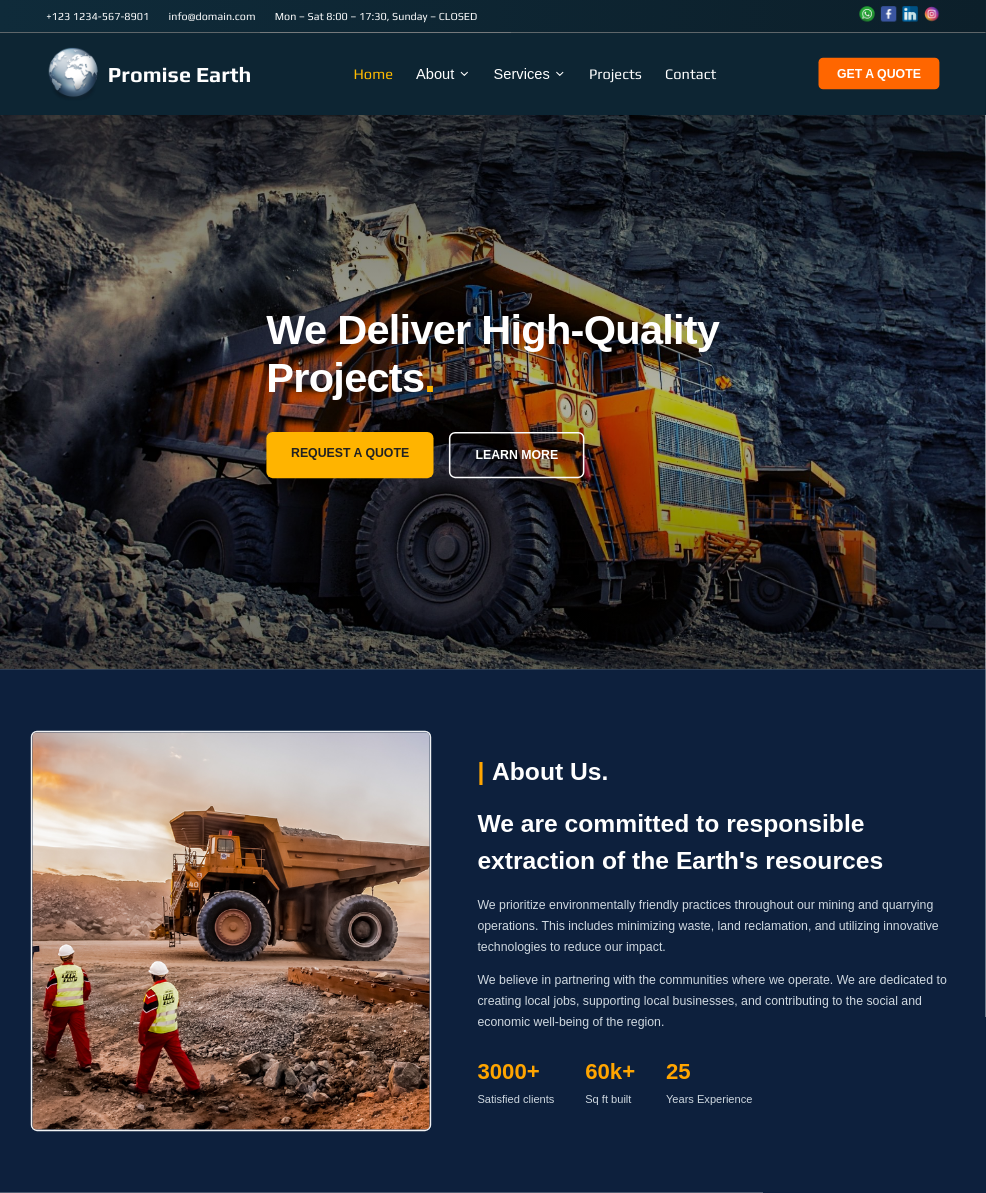
Repository: KC-Minchakpu/promise-earth
Page: /
These files come from the project's save history. The page is drawn as it stood at one moment and after the next save; the edit follows.
The browser window is 1280 px wide. The pictures show the whole page, at 77% of full size.
The project was rebuilt for these pictures with package versions that can differ from the ones it lists, and the page was loaded fresh each time. The framework's server and built-in components were replaced by stand-ins that run in the browser. Also part of the build but not shown: next.config.ts.

Above is the page before, as saved 2026-02-26 13:46:25.

### src/app/layout.tsx
import type { Metadata } from "next";
import { Play, Poppins } from "next/font/google";
import "./globals.css";
import Header from "@/components/Header/Header";

const play = Play({
  variable: "--font-play",
  subsets: ["latin"],
  weight: ["400", "700"],
});

const poppins = Poppins({
  variable: "--font-poppins",
  subsets: ["latin"],
  weight: ["300", "400", "500", "600", "700"],
});

export const metadata: Metadata = {
  title: "Create Next App",
  description: "Generated by create next app",
};

export default function RootLayout({
  children,
}: Readonly<{
  children: React.ReactNode;
}>) {
  return (
    <html lang="en">
      <body
        className={`${play.variable} ${poppins.variable} antialiased`}
      >
        <Header />
        {children}
      </body>
    </html>
  );
}

### src/app/page.tsx
import AboutUsSection from "@/components/About/AboutUsSection";
import Hero from "@/components/Hero/Hero";


export default function Home() {
  return (
   <>
    <Hero />
    <AboutUsSection />
  </>
  );
}

### src/app/globals.css
@import "tailwindcss";

:root {
  --background: #ffffff;
  --foreground: #171717;
}


@media (prefers-color-scheme: dark) {
  :root {
    --background: #0a0a0a;
    --foreground: #ededed;
  }
}

body {
  background: var(--background);
  color: var(--foreground);
  font-family: Arial, Helvetica, sans-serif;
}

### src/components/Header/Header.tsx
"use client";

import { useState, useEffect, useRef } from "react";
import { usePathname } from "next/navigation";
import Link from "next/link";
import Image from "next/image";
import styles from "./Header.module.css";
import { ChevronDown, Menu, X } from "lucide-react";

const Header = () => {
  const pathname = usePathname();

  const [mobileOpen, setMobileOpen] = useState(false);
  const [scrolled, setScrolled] = useState(false);
  const [aboutOpen, setAboutOpen] = useState(false);
  const [servicesOpen, setServicesOpen] = useState(false);

  // FIX: correct timeout type
  const aboutTimeoutRef = useRef<ReturnType<typeof setTimeout> | null>(null);
  const servicesTimeoutRef = useRef<ReturnType<typeof setTimeout> | null>(null);

  /* Sticky Scroll */
  useEffect(() => {
    const handleScroll = () => {
      setScrolled(window.scrollY > 20);
    };

    window.addEventListener("scroll", handleScroll);
    return () => window.removeEventListener("scroll", handleScroll);
  }, []);

  const isActive = (path: string) => pathname === path;

  const socials = [
    { href: "#", src: "/icons/whatsapp.png", alt: "WhatsApp", title: "WhatsApp" },
    { href: "#", src: "/icons/facebook.png", alt: "Facebook", title: "Facebook" },
    { href: "#", src: "/icons/linkedin.png", alt: "LinkedIn", title: "LinkedIn" },
    { href: "#", src: "/icons/instagram.png", alt: "Instagram", title: "Instagram" },
  ];

  return (
    <header className={`${styles.header} ${scrolled ? styles.scrolled : ""}`}>

      {/* TOP BAR */}
      <div className={styles.topBar}>
        <div className={styles.topContainer}>

          <div className={styles.topLeft}>
            <span>+123 1234-567-8901</span>
            <span>info@domain.com</span>
            <span>Mon – Sat 8:00 – 17:30, Sunday – CLOSED</span>
          </div>

          <div className={styles.topRight}>
            {socials.map((social) => (
              <a key={social.alt} href={social.href} title={social.title}>
                <Image
                  src={social.src}
                  alt={social.alt}
                  width={20}
                  height={20}
                />
              </a>
            ))}
          </div>

        </div>
      </div>


      {/* NAVBAR */}
      <div className={styles.navbar}>
        <div className={styles.navContainer}>

          {/* LOGO */}
          <Link href="/" className={styles.logo}>
            <Image
              src="/images/globe.png"
              alt="Promise Earth Logo"
              width={70}
              height={70}
              priority
            />
            <span>Promise Earth</span>
          </Link>


          {/* NAV LINKS */}
          <nav className={`${styles.navLinks} ${mobileOpen ? styles.show : ""}`}>

            <Link href="/" className={isActive("/") ? styles.active : ""}>
              Home
            </Link>


            {/* ABOUT */}
            <div
              className={styles.dropdown}
              onMouseEnter={() => {
                if (aboutTimeoutRef.current) clearTimeout(aboutTimeoutRef.current);
                setAboutOpen(true);
              }}
              onMouseLeave={() => {
                aboutTimeoutRef.current = setTimeout(() => {
                  setAboutOpen(false);
                }, 150);
              }}
            >

              <button className={styles.dropBtn}>
                About <ChevronDown size={16} />
              </button>

              <div className={`${styles.dropdownMenu} ${aboutOpen ? styles.showDropdown : ""}`}>
                <Link href="/promise-earth">Promise Earth</Link>
                <Link href="/emmanuel-benjamin">Emmanuel K. Benjamin</Link>
                <Link href="/our-team">Our Team</Link>
              </div>

            </div>


            {/* SERVICES */}
            <div
              className={styles.dropdown}
              onMouseEnter={() => {
                if (servicesTimeoutRef.current) clearTimeout(servicesTimeoutRef.current);
                setServicesOpen(true);
              }}
              onMouseLeave={() => {
                servicesTimeoutRef.current = setTimeout(() => {
                  setServicesOpen(false);
                }, 150);
              }}
            >

              <button className={styles.dropBtn}>
                Services <ChevronDown size={16} />
              </button>

              <div className={`${styles.dropdownMenu} ${servicesOpen ? styles.showDropdown : ""}`}>
                <Link href="/mining">Mining</Link>
                <Link href="/quarry">Quarry</Link>
                <Link href="/construction">Construction</Link>
                <Link href="/excavation">Excavation</Link>
                <Link href="/sandstones">Sandstones</Link>
              </div>

            </div>


            <Link href="/projects" className={isActive("/projects") ? styles.active : ""}>
              Projects
            </Link>

            <Link href="/contact" className={isActive("/contact") ? styles.active : ""}>
              Contact
            </Link>

          </nav>


          {/* CTA */}
          <div className={styles.cta}>
            <Link href="/contact">GET A QUOTE</Link>
          </div>


          {/* MOBILE TOGGLE */}
          <div
            className={styles.mobileToggle}
            onClick={() => setMobileOpen(!mobileOpen)}
          >
            {mobileOpen ? <X size={24} /> : <Menu size={24} />}
          </div>


        </div>
      </div>

    </header>
  );
};

export default Header;

### src/components/About/AboutUsSection.tsx
// components/AboutUsSection.tsx
"use client";

import Image from "next/image";
import styles from "./AboutUsSection.module.css";

const AboutUsSection = () => {
  return (
    <section className={styles.aboutSection}>
      <div className={styles.container}>
        {/* Left Image */}
        <div className={styles.imageWrapper}>
          <Image
            src="/images/about-1.png"
            alt="Earth Moving Vehicle"
            width={400}
            height={400}
            className={styles.image}
          />
        </div>

        {/* Right Content */}
        <div className={styles.content}>
          <h2 className={styles.heading}>
            <span className={styles.highlight}>|</span> About Us.
          </h2>
          <h2 className={styles.heading}>
            We are committed to responsible extraction of the Earth&apos;s resources
          </h2>
          <p className={styles.description}>
            We prioritize environmentally friendly practices throughout our mining and quarrying operations. This includes minimizing waste, land reclamation, and utilizing innovative technologies to reduce our impact.
          </p>
          <p className={styles.description}>
            We believe in partnering with the communities where we operate. We are dedicated to creating local jobs, supporting local businesses, and contributing to the social and economic well-being of the region.
          </p>

          {/* Stats */}
          <div className={styles.stats}>
            <div className={styles.statItem}>
              <span className={styles.statNumber}>3000+</span>
              <span className={styles.statLabel}>Satisfied clients</span>
            </div>
            <div className={styles.statItem}>
              <span className={styles.statNumber}>60k+</span>
              <span className={styles.statLabel}>Sq ft built</span>
            </div>
            <div className={styles.statItem}>
              <span className={styles.statNumber}>25</span>
              <span className={styles.statLabel}>Years Experience</span>
            </div>
          </div>
        </div>
      </div>
    </section>
  );
};

export default AboutUsSection;

### src/components/Hero/Hero.tsx
"use client";

import Image from "next/image";
import Link from "next/link";
import styles from "./Hero.module.css";

const Hero = () => {
  return (
    <section className={styles.hero}>
      {/* Background Image */}
      <Image
        src="/images/hero.jpg"
        alt="Earth moving Vehicle"
        fill
        priority
        className={styles.backgroundImage}
      />

      {/* Overlay */}
      <div className={styles.overlay}></div>

      {/* Content */}
      <div className={styles.content}>
        <h1 className={styles.heading}>
          We Deliver High-Quality
          <br />
           Projects<span className={styles.highlight}>.</span>
        </h1>

        <div className={styles.buttons}>
          <Link href="/contact" className={styles.primaryBtn}>
            REQUEST A QUOTE
          </Link>

          <Link href="/about" className={styles.secondaryBtn}>
            LEARN MORE
          </Link>
        </div>
      </div>
    </section>
  );
};

export default Hero;

### src/components/Header/Header.module.css
.header {
  position: sticky;
  top: 0;
  z-index: 9999;
  transition: all 0.3s ease;
}

.scrolled {
  box-shadow: 0 6px 20px rgba(0, 0, 0, 0.15);
}

.topBar {
  background: linear-gradient(to right, #0f2b3a, #0c1f2a);
  color: #ffffff;
  font-size: 14px;
  font-family: "Play", sans-serif;
  border-bottom: 1px solid #888888;
}

.topContainer {
  max-width: 1200px;
  margin: auto;
  padding: 8px 20px;
  display: flex;
  justify-content: space-between;
  align-items: center;
}

.topLeft span {
  margin-right: 25px;
}

.topRight a {
  margin-left: 8px;
  display: inline-block;
}

/* NAVBAR */
.navbar {
  background: #0d2533;
  color: white;
}

.navContainer {
  max-width: 1200px;
  margin: auto;
  padding: 18px 20px;
  display: flex;
  align-items: center;
  justify-content: space-between;
}

/* LOGO */
.logo {
  display: flex;
  align-items: center;
  gap: 10px;
  font-size: 28px;
  font-weight: bold;
  font-family: "Play", sans-serif;
  text-decoration: none;
  color: white;
}

/* NAV LINKS */
.navLinks {
  display: flex;
  align-items: center;
  gap: 30px;
}

.navLinks a {
  color: white;
  text-decoration: none;
  font-size: 19px;
  font-weight: 500;
  transition: color 0.3s ease;
  font-family: "Play", sans-serif;
}

.navLinks a:hover {
  color: #ffae00;
}

.active {
  color: #ffbb00 !important;
}

/* DROPDOWN  */
.dropdown {
  position: relative;
}

.dropBtn {
  background: none;
  border: none;
  color: white;
  font-weight: 500;
  font-size: 19px;
  display: flex;
  align-items: center;
  gap: 5px;
  cursor: pointer;
  transition: color 0.3s ease;
}

.dropBtn:hover {
  color: #ffc400;
}

.dropdownMenu {
  position: absolute;
  top: 100%;
  left: 0;
  margin-top: 0;
  background: #111111;
  min-width: 250px;
  border-radius: 6px;
  box-shadow: 0 10px 25px rgba(0, 0, 0, 0.15);
  opacity: 0;
  transform: translateY(10px);
  pointer-events: none;
  transition: all 0.25s ease;
}

.showDropdown {
  opacity: 1;
  transform: translateY(0);
  pointer-events: auto;
}

.dropdownMenu a {
  display: block;
  padding: 12px 18px;
  color: #ffffff;
  text-decoration: none;
  transition: background 0.3s ease;
}

.dropdownMenu a:hover {
   color: #ffc400;
}

/* CTA  */
.cta a {
  background: #ff6600;
  padding: 12px 24px;
  border-radius: 6px;
  color: white;
  text-decoration: none;
  font-weight: bold;
  transition: all 0.3s ease;
}

.cta a:hover {
  background: #e65c00;
  transform: translateY(-2px);
}

/*  MOBILE  */
.mobileToggle {
  display: none;
  cursor: pointer;
}

@media (max-width: 992px) {
  .navLinks {
    position: absolute;
    top: 80px;
    left: 0;
    width: 100%;
    background: #0d2533;
    flex-direction: column;
    padding: 20px;
    display: none;
  }

  .show {
    display: flex;
  }

  .cta {
    display: none;
  }

  .mobileToggle {
    display: block;
  }

  .dropdownMenu {
    position: relative;
    top: 0;
    box-shadow: none;
    opacity: 1;
    transform: none;
    pointer-events: auto;
    background: #112f40;
  }

  .dropdownMenu a {
    color: white;
  }
}

### src/components/About/AboutUsSection.module.css
/* components/AboutUsSection.module.css */

.aboutSection {
  background-color: #0d203d;
  padding: 80px 20px;
  color: #ffffff;
}

.container {
  display: flex;
  align-items: center;
  justify-content: center;
  gap: 60px;
  max-width: 1200px;
  margin: 0 auto;
  flex-wrap: wrap;
}

.imageWrapper {
  flex: 1 1 400px;
}

.image {
  border: 2px solid #eff1f3;
  border-radius: 8px;
  width: 100%;
  height: auto;
  object-fit: cover;
}

.content {
  flex: 1 1 500px;
}

.heading {
  font-size: 2rem;
  font-weight: 700;
  margin-bottom: 20px;
  display: flex;
  align-items: center;
}

.highlight {
  color: #ffa500;
  margin-right: 10px;
}

.description {
  font-size: 1rem;
  line-height: 1.7;
  margin-bottom: 15px;
  color: #cfd8e0;
}

.stats {
  display: flex;
  gap: 40px;
  margin-top: 30px;
  flex-wrap: wrap;
}

.statItem {
  display: flex;
  flex-direction: column;
  align-items: flex-start;
}

.statNumber {
  font-size: 1.8rem;
  font-weight: 700;
  color: #ffa500;
}

.statLabel {
  font-size: 0.9rem;
  color: #cfd8e0;
  margin-top: 5px;
}

### src/components/Hero/Hero.module.css
.hero {
  position: relative;
  width: 100%;
  height: 100vh;
  min-height: 650px;
  display: flex;
  align-items: center;
  overflow: hidden;
}

/* Background Image */
.backgroundImage {
  object-fit: cover;
  z-index: 1;
}

/* Blue Gradient Overlay */
.overlay {
  position: absolute;
  inset: 0;
  background: linear-gradient(
    180deg,
    rgba(0, 0, 0, 0.6) 0%,
    rgba(0, 0, 0, 0.3) 50%,
    rgba(0, 0, 0, 0.6) 100%
  );
  z-index: 2;
}

/* Content */
.content {
  position: relative;
  z-index: 3;
  max-width: 1200px;
  margin: 0 auto;
  padding: 0 40px;
  color: white;
}

/* Heading */
.heading {
  font-size: 54px;
  font-weight: 800;
  line-height: 1.15;
  letter-spacing: -1px;
  margin-bottom: 40px;
  max-width: 700px;
}

.highlight {
  color: #ffb400;
}

/* Buttons */
.buttons {
  display: flex;
  gap: 20px;
}

.primaryBtn {
  background: #ffb400;
  color: #222222;
  padding: 16px 32px;
  border-radius: 8px;
  font-weight: 700;
  text-decoration: none;
  transition: all 0.3s ease;
}

.primaryBtn:hover {
  background: #e6a200;
  transform: translateY(-3px);
}

.secondaryBtn {
  border: 2px solid #ffffff;
  color: #ffffff;
  padding: 16px 32px;
  border-radius: 8px;
  font-weight: 600;
  text-decoration: none;
  transition: all 0.3s ease;
}

.secondaryBtn:hover {
  background: rgba(255, 255, 255, 0.1);
  transform: translateY(-3px);
}

/* Responsive */

@media (max-width: 1024px) {
  .heading {
    font-size: 48px;
  }
}

@media (max-width: 768px) {
  .hero {
    height: 85vh;
  }

  .heading {
    font-size: 36px;
  }

  .buttons {
    flex-direction: column;
    gap: 15px;
  }

  .primaryBtn,
  .secondaryBtn {
    width: fit-content;
  }
}

After the next save:
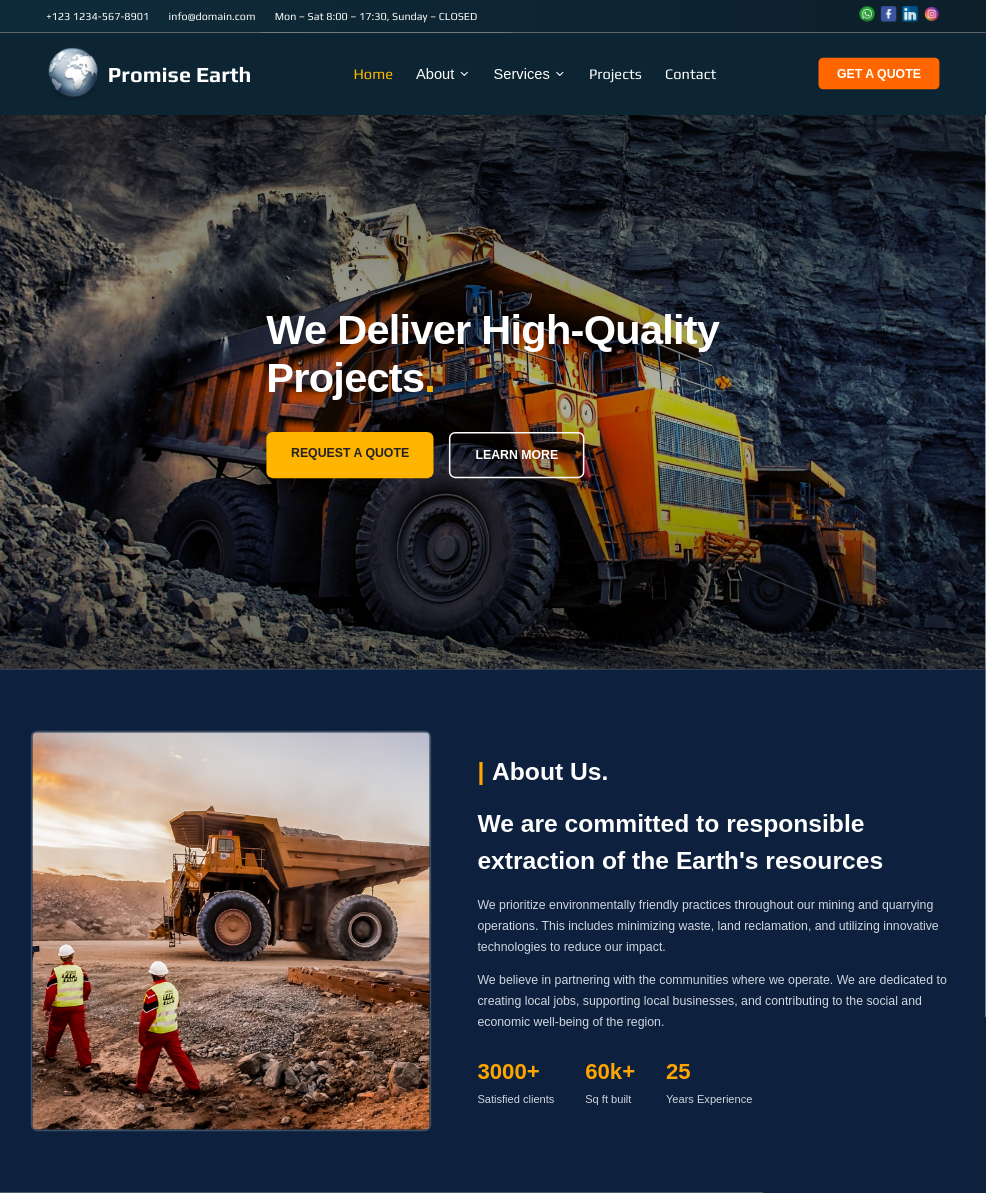
Saved 49 s later.
--- a/src/components/About/AboutUsSection.module.css
+++ b/src/components/About/AboutUsSection.module.css
@@ -21,7 +21,7 @@
 }
 
 .image {
-  border: 2px solid #eff1f3;
+  border: 2px solid #3b4f63;
   border-radius: 8px;
   width: 100%;
   height: auto;
